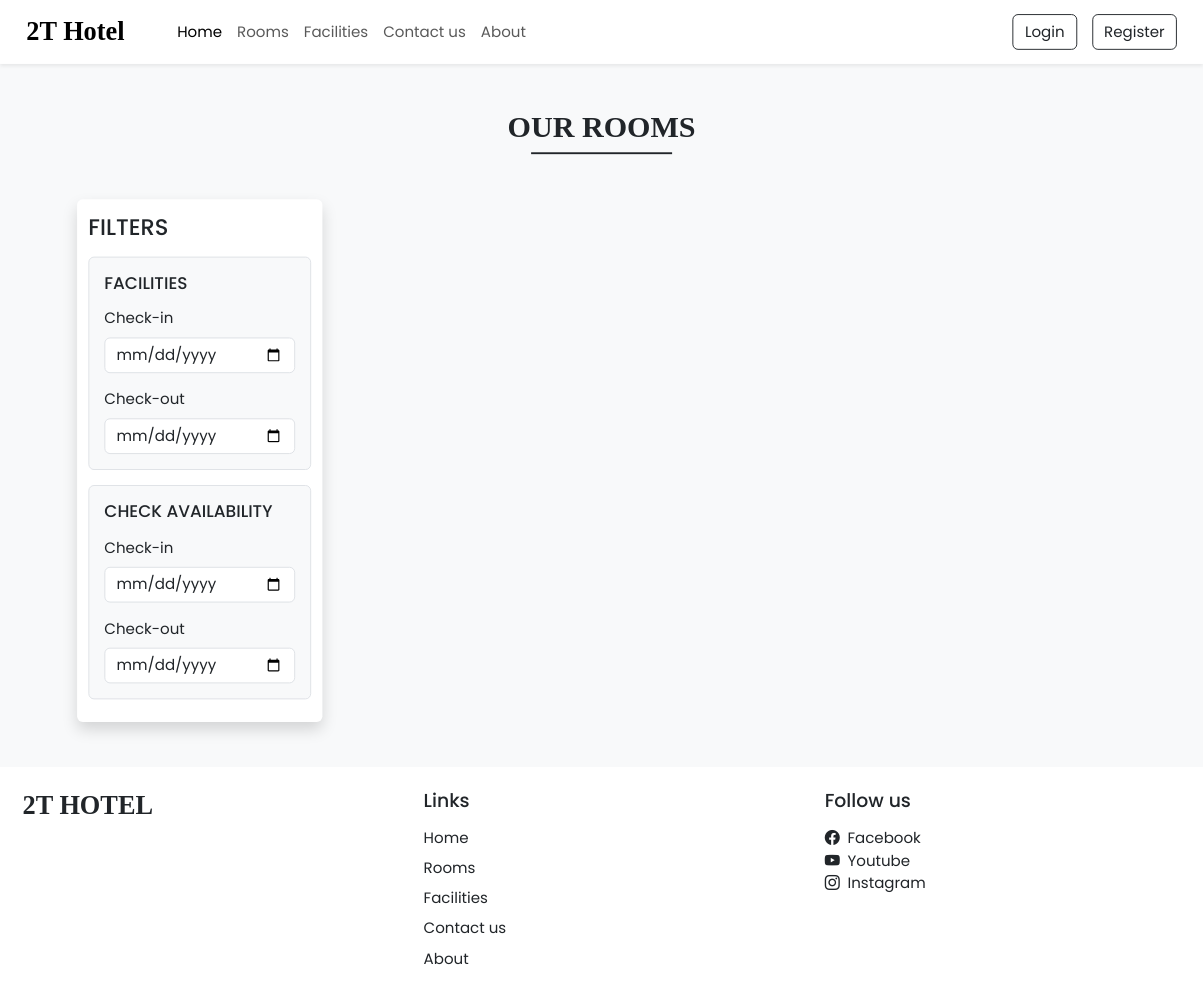
Repository: TaTongThanh2003/DoAnCoSo2024_BookingHotelWebsite
Page: http://localhost/WebsiteBookingHotel/rooms.php
The author's editor kept a copy of each file at every save. The page is drawn from the files as they stood at one save, then again after the next save.
The browser window is 1280 px wide. The pictures show the whole page, at 94% of full size.
Some web fonts or font styles are not loaded; a fallback is used. The page is run by PHP 8.4 with error messages shown; the project is at /var/www/html/.

Above is the page before, as saved 2024-03-22 16:04:58.

After the next save:
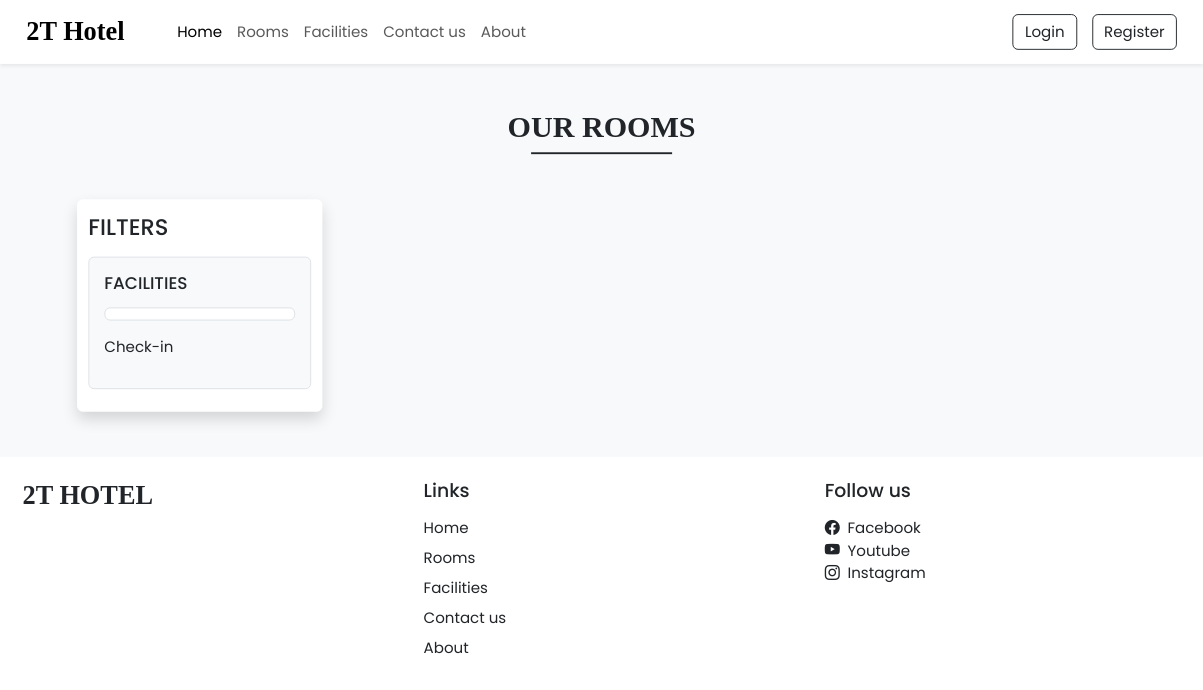
Saved 2 min 12 s later.
--- a/WebsiteBookingHotel/rooms.php
+++ b/WebsiteBookingHotel/rooms.php
@@ -47,25 +47,16 @@
                             <div class="border bg-light p-3 rounded mb-3">
                                 <h5 class="mb-3" style="font-size: 18px;">FACILITIES</h5>
                                 <div class="mb-2">
-                                    <label class="form-label">Check-in</label>
-                                    <input type="date" class="form-control shadow-none mb-3">
+                                    <input type="checkbox" id="f1" class="form-control shadow-none mb-3">
+                                    <label class="form-label" for="f1">Check-in</label>
                                 </div>
-
-                                <label class="form-label">Check-out</label>
-                                <input type="date" class="form-control shadow-none">
-                            </div>
-                            <div class="border bg-light p-3 rounded mb-3">
-                                <h5 class="mb-3" style="font-size: 18px;">CHECK AVAILABILITY</h5>
-                                <label class="form-label">Check-in</label>
-                                <input type="date" class="form-control shadow-none mb-3">
-                                <label class="form-label">Check-out</label>
-                                <input type="date" class="form-control shadow-none">
                             </div>
                         </div>
                     </div>
-                </nav>
             </div>
+            </nav>
         </div>
+    </div>
     </div>
 
     <!-- footer -->
